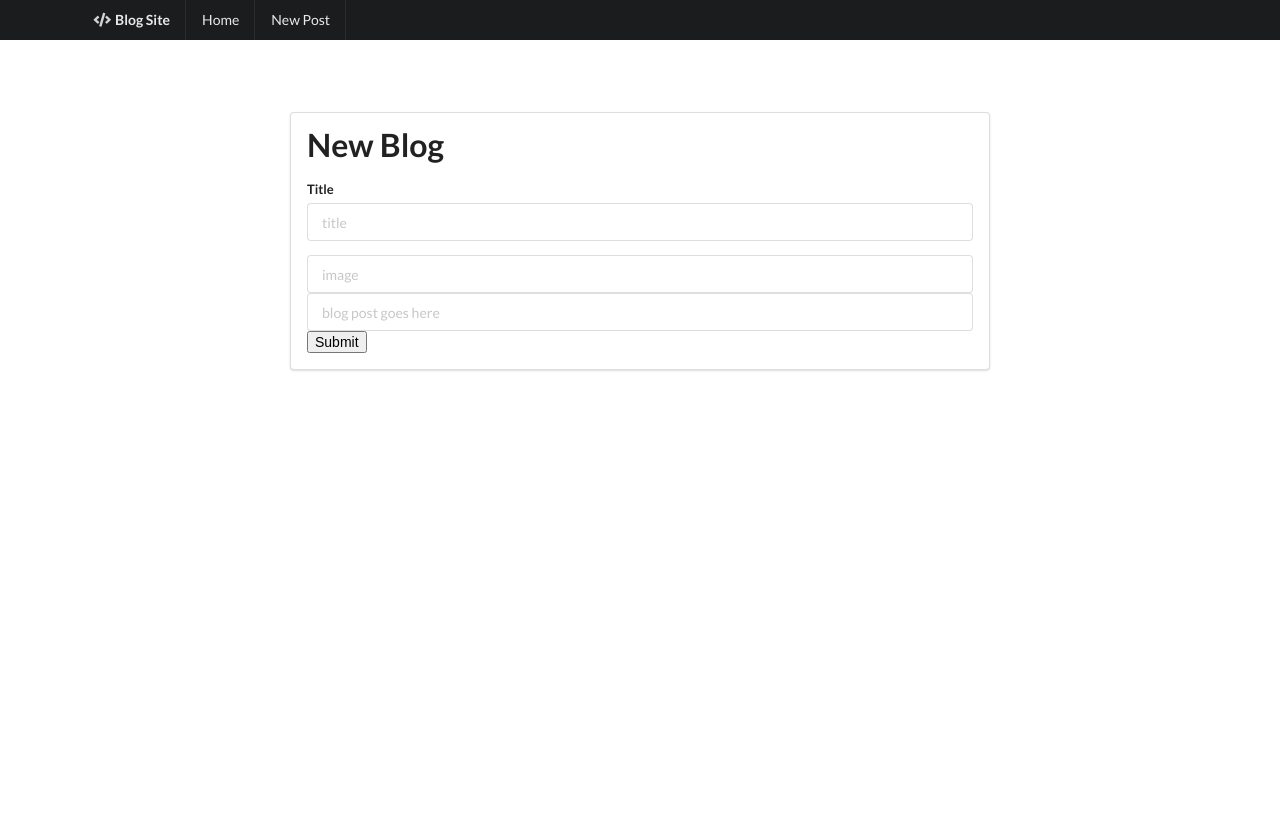
Repository: MR-TYLER31/RESTful_Blog_App
Page: http://localhost/blogs/new
The author's editor kept a record of every edit. The page is drawn from the files as they stood at one moment, then again after the next edit.
The browser window is 1280 px wide. The pictures show the whole page.
Some web libraries are served in a nearby version. The page is served by the project's Node server (app.js).

Above is the page before.

After the next edit:
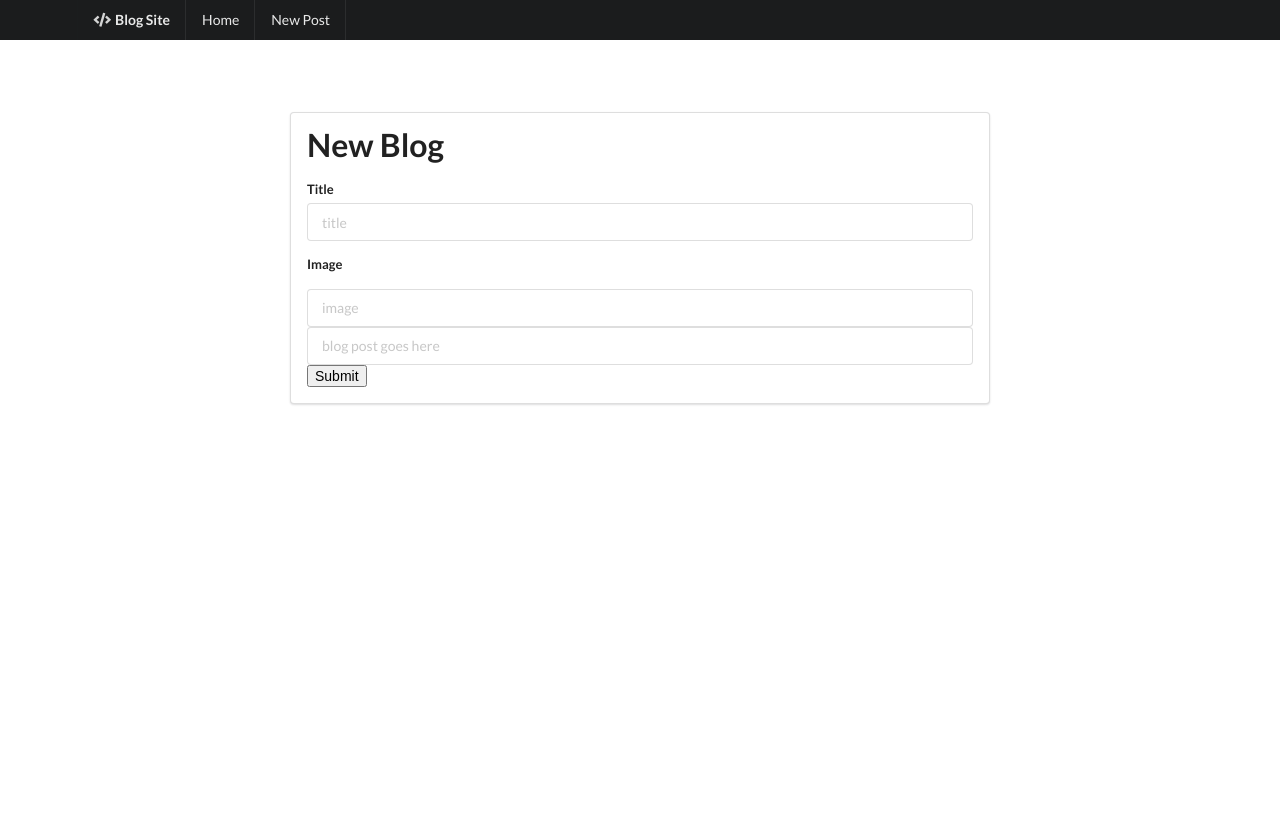
The edit:
--- a/views/new.ejs
+++ b/views/new.ejs
@@ -8,6 +8,9 @@
             <input type="text" name="blog[title]" placeholder="title"/>
         </div>
 
+        <div class="field">
+            <label>Image</label>
+        </div>
         <input type="text" name="blog[image]" placeholder="image"/>
         <input type="text" name="blog[body]" placeholder="blog post goes here"/>
         <input type="submit"/>
